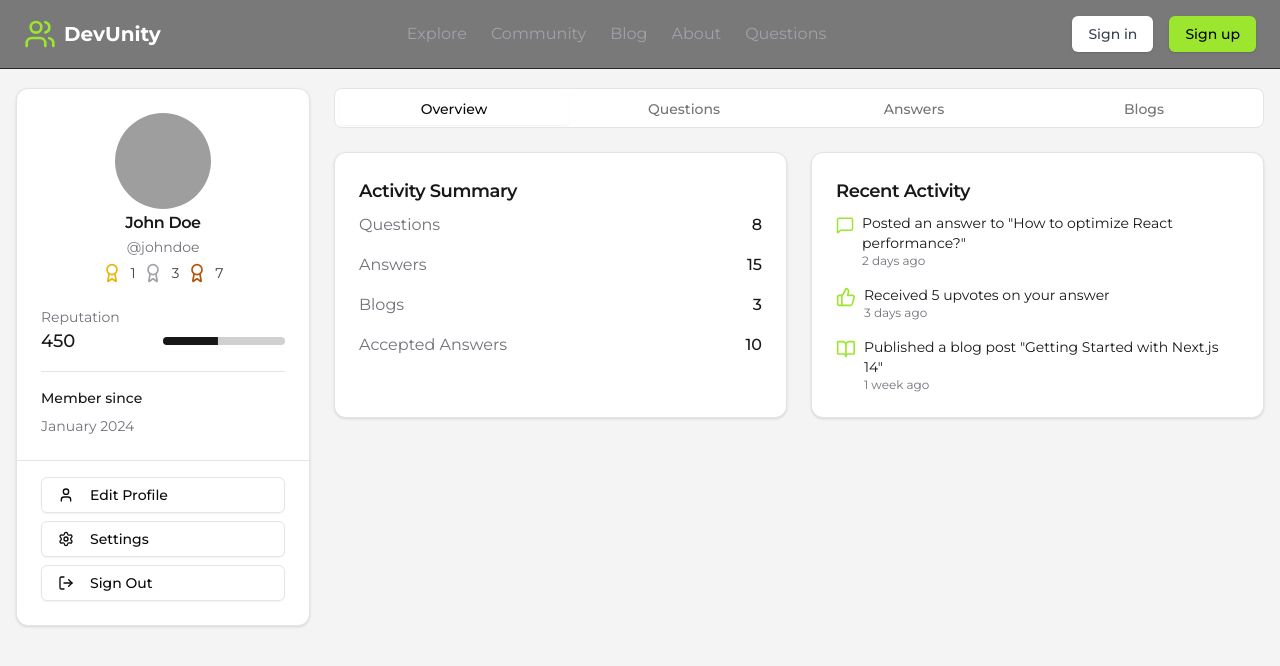
Repository: asadullah48/asadullahshafique_devunity
Page: /dashboard
The author's editor kept a copy of each file at every save. The page is drawn from the files as they stood at one save, then again after a run of saves.
The browser window is 1280 px wide. The pictures show the whole page.
Pictures or frames that could not be fetched are drawn as grey boxes. The project was rebuilt for these pictures with package versions that can differ from the ones it lists, and the page was loaded fresh each time. The framework's server and built-in components were replaced by stand-ins that run in the browser. Also part of the build but not shown: next.config.js, next.config.ts.

Above is the page before, as saved 2024-11-10 11:50:55.

After the next 2 saves:
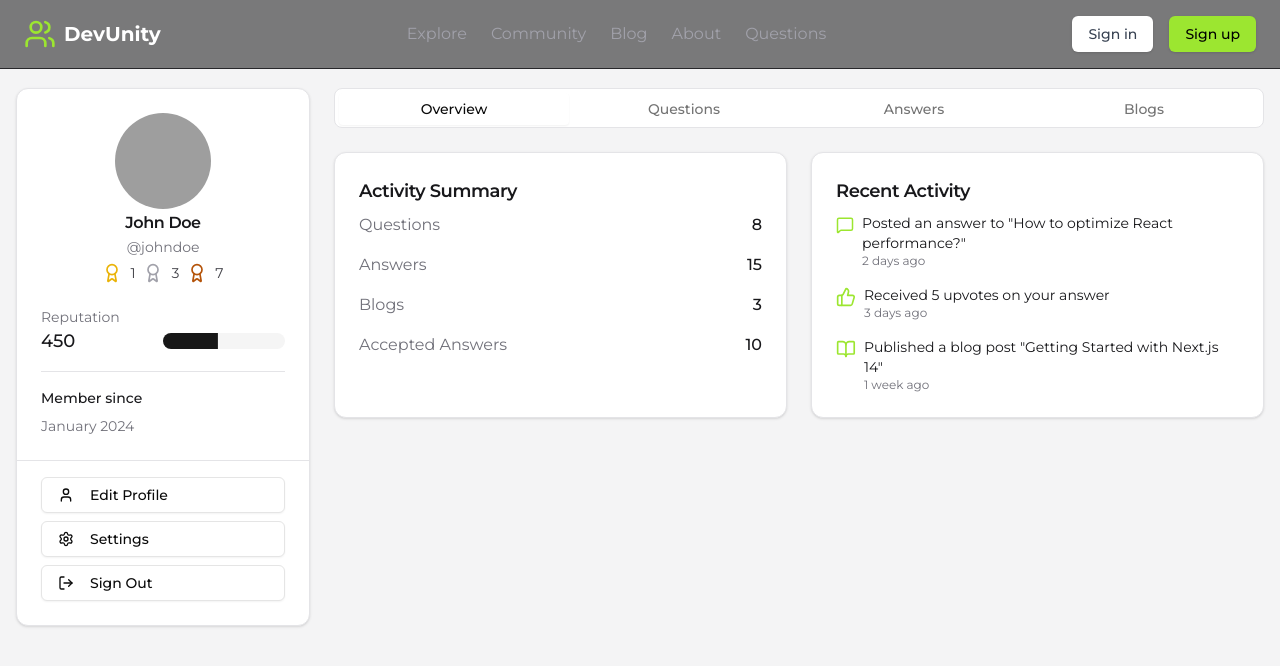
The 2 saves are shown as one change because they came seconds apart.
The last was saved 17 s later.
--- a/src/components/ui/progress.tsx
+++ b/src/components/ui/progress.tsx
@@ -1,9 +1,9 @@
-"use client"
+"use client";
 
-import * as React from "react"
-import * as ProgressPrimitive from "@radix-ui/react-progress"
+import * as React from "react";
+import * as ProgressPrimitive from "@radix-ui/react-progress";
 
-import { cn } from "@/lib/utils"
+import { cn } from "@/lib/utils";
 
 const Progress = React.forwardRef<
   React.ElementRef<typeof ProgressPrimitive.Root>,
@@ -12,7 +12,7 @@ const Progress = React.forwardRef<
   <ProgressPrimitive.Root
     ref={ref}
     className={cn(
-      "relative h-2 w-full overflow-hidden rounded-full bg-primary/20",
+      "relative h-4 w-full overflow-hidden rounded-full bg-secondary",
       className
     )}
     {...props}
@@ -22,7 +22,7 @@ const Progress = React.forwardRef<
       style={{ transform: `translateX(-${100 - (value || 0)}%)` }}
     />
   </ProgressPrimitive.Root>
-))
-Progress.displayName = ProgressPrimitive.Root.displayName
+));
+Progress.displayName = ProgressPrimitive.Root.displayName;
 
-export { Progress }
+export { Progress };
